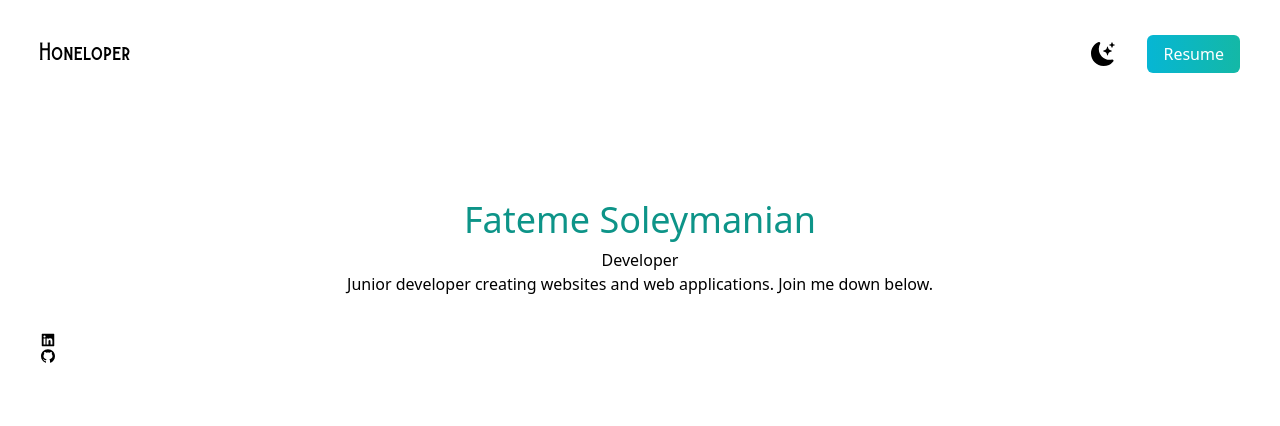
Repository: fatemesoleymanian/portfolio
Page: /
The author's editor kept a copy of each file at every save. The page is drawn from the files as they stood at one save, then again after the next save.
The browser window is 1280 px wide. The pictures show the whole page.
The project was rebuilt for these pictures with package versions that can differ from the ones it lists, and the page was loaded fresh each time. The framework's server and built-in components were replaced by stand-ins that run in the browser. Also part of the build but not shown: next.config.js.

Above is the page before, as saved 2023-03-10 14:23:18.

### pages/index.js
import Head from 'next/head'
import {BsFillMoonStarsFill} from 'react-icons/bs'
import {AiFillLinkedin , AiFillGithub} from 'react-icons/ai'
export default function Home() {
  return (
    <>
      <Head>
        <title>My Portfolio</title>
        <meta name="description" content="Generated by create next app" />
        <meta name="viewport" content="width=device-width, initial-scale=1" />
        <link rel="icon" href="/favicon.ico" />
      </Head>
      <main className='bg-white px-10'>
       <section className="min-h-screen">
          <nav className='py-10 mb-12 flex justify-between'>
          <h1 className='text-xl font-burtons'>Honeloper</h1>
            <ul className='flex items-center'>
              <li>
                <BsFillMoonStarsFill className='cursor-pointer text-2xl'/>
              </li>
              <li>
                <a className="bg-gradient-to-r from-cyan-500 to-teal-500 text-white px-4 py-2 rounded-md ml-8"
                href="https://jobvision.ir/cv/97158940-111758">Resume</a>
              </li>
            </ul>
          </nav>
          <div className='text-center p-9'>
            <h2 className='text-4xl py-2 text-teal-600 font-medium'>Fateme Soleymanian</h2>
            <h3>Developer</h3>
            <p>Junior developer creating websites and web applications. Join me down below.</p>
          </div>
          <div>
            <a href="https://www.linkedin.com/in/fateme-soleymanian-b2713a225">
            <AiFillLinkedin />  </a>
           <a href="https://github.com/fatemesoleymanian">
           <AiFillGithub />
           </a>
          </div>
        </section>
      </main>
    </>
  )
}

### styles/globals.css
@tailwind base;
@tailwind components;
@tailwind utilities;
:root {
  --max-width: 1100px;
  --border-radius: 12px;
  --font-mono: ui-monospace, Menlo, Monaco, 'Cascadia Mono', 'Segoe UI Mono',
    'Roboto Mono', 'Oxygen Mono', 'Ubuntu Monospace', 'Source Code Pro',
    'Fira Mono', 'Droid Sans Mono', 'Courier New', monospace;

  --foreground-rgb: 0, 0, 0;
  --background-start-rgb: 214, 219, 220;
  --background-end-rgb: 255, 255, 255;

  --primary-glow: conic-gradient(
    from 180deg at 50% 50%,
    #16abff33 0deg,
    #0885ff33 55deg,
    #54d6ff33 120deg,
    #0071ff33 160deg,
    transparent 360deg
  );
  --secondary-glow: radial-gradient(
    rgba(255, 255, 255, 1),
    rgba(255, 255, 255, 0)
  );

  --tile-start-rgb: 239, 245, 249;
  --tile-end-rgb: 228, 232, 233;
  --tile-border: conic-gradient(
    #00000080,
    #00000040,
    #00000030,
    #00000020,
    #00000010,
    #00000010,
    #00000080
  );

  --callout-rgb: 238, 240, 241;
  --callout-border-rgb: 172, 175, 176;
  --card-rgb: 180, 185, 188;
  --card-border-rgb: 131, 134, 135;
}

@media (prefers-color-scheme: dark) {
  :root {
    --foreground-rgb: 255, 255, 255;
    --background-start-rgb: 0, 0, 0;
    --background-end-rgb: 0, 0, 0;

    --primary-glow: radial-gradient(rgba(1, 65, 255, 0.4), rgba(1, 65, 255, 0));
    --secondary-glow: linear-gradient(
      to bottom right,
      rgba(1, 65, 255, 0),
      rgba(1, 65, 255, 0),
      rgba(1, 65, 255, 0.3)
    );

    --tile-start-rgb: 2, 13, 46;
    --tile-end-rgb: 2, 5, 19;
    --tile-border: conic-gradient(
      #ffffff80,
      #ffffff40,
      #ffffff30,
      #ffffff20,
      #ffffff10,
      #ffffff10,
      #ffffff80
    );

    --callout-rgb: 20, 20, 20;
    --callout-border-rgb: 108, 108, 108;
    --card-rgb: 100, 100, 100;
    --card-border-rgb: 200, 200, 200;
  }
}

* {
  box-sizing: border-box;
  padding: 0;
  margin: 0;
}

html,
body {
  max-width: 100vw;
  overflow-x: hidden;
}

body {
  color: rgb(var(--foreground-rgb));
  background: linear-gradient(
      to bottom,
      transparent,
      rgb(var(--background-end-rgb))
    )
    rgb(var(--background-start-rgb));
}

a {
  color: inherit;
  text-decoration: none;
}

@font-face {
  font-family: "burtons";
  src: url('../public/Burtons.otf');
}

### tailwind.config.js
/** @type {import('tailwindcss').Config} */
module.exports = {
  content: [
    "./app/**/*.{js,ts,jsx,tsx}",
    "./pages/**/*.{js,ts,jsx,tsx}",
    "./components/**/*.{js,ts,jsx,tsx}",

  ],
  theme: {
    extend: {
      fontFamily:{
        burtons: "burtons",
      }
    },
  },
  plugins: [],
}

Loaded but not shown: pages/_app.js (common file); pages/_document.js (common file)

After the next save:
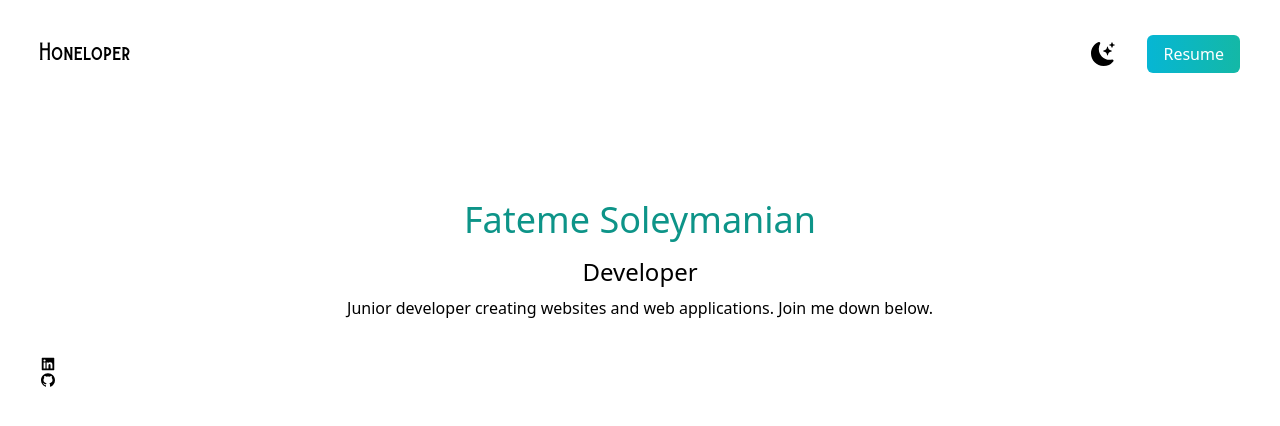
Saved 28 s later.
--- a/pages/index.js
+++ b/pages/index.js
@@ -26,7 +26,7 @@ export default function Home() {
           </nav>
           <div className='text-center p-9'>
             <h2 className='text-4xl py-2 text-teal-600 font-medium'>Fateme Soleymanian</h2>
-            <h3>Developer</h3>
+            <h3 className='text-2xl py-2'>Developer</h3>
             <p>Junior developer creating websites and web applications. Join me down below.</p>
           </div>
           <div>
